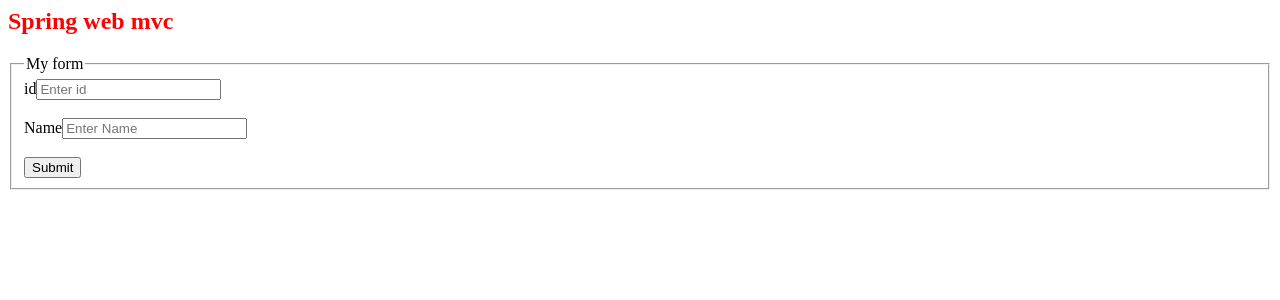
Repository: NaveenPriya1/Sts-full-new-laptop
Page: http://localhost/springwebmvc/
These files come from the project's save history. The page is drawn as it stood at one moment and after the next save; the edit follows.
The browser window is 1280 px wide. The pictures show the whole page.
The page is served by Tomcat 9. Other server files are loaded and not shown.

Above is the page before, as saved 2022-07-28 13:48:49.

### springwebmvc/src/main/webapp/index.jsp
<html>
<body>
<h2 style=color:red>Spring web mvc</h2>
<form action="first">
<fieldset style:text-align=center>
<legend>My form</legend>

id<input type="text" name="id" placeholder="Enter id"><br><br>
Name<input type="text" name="name" placeholder="Enter Name"><br><br>
<input type="submit">


</fieldset>




</form>
</body>
</html>

After the next save:
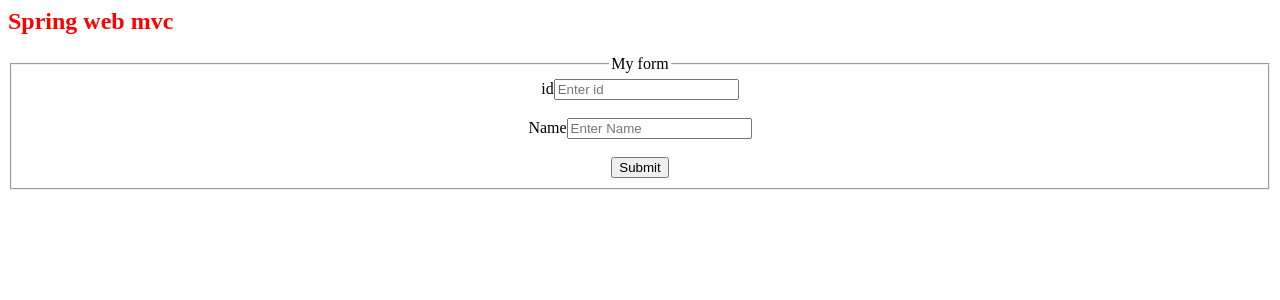
Saved 40 s later.
--- a/springwebmvc/src/main/webapp/index.jsp
+++ b/springwebmvc/src/main/webapp/index.jsp
@@ -2,7 +2,7 @@
 <body>
 <h2 style=color:red>Spring web mvc</h2>
 <form action="first">
-<fieldset style:text-align=center>
+<fieldset style=text-align:center>
 <legend>My form</legend>
 
 id<input type="text" name="id" placeholder="Enter id"><br><br>
